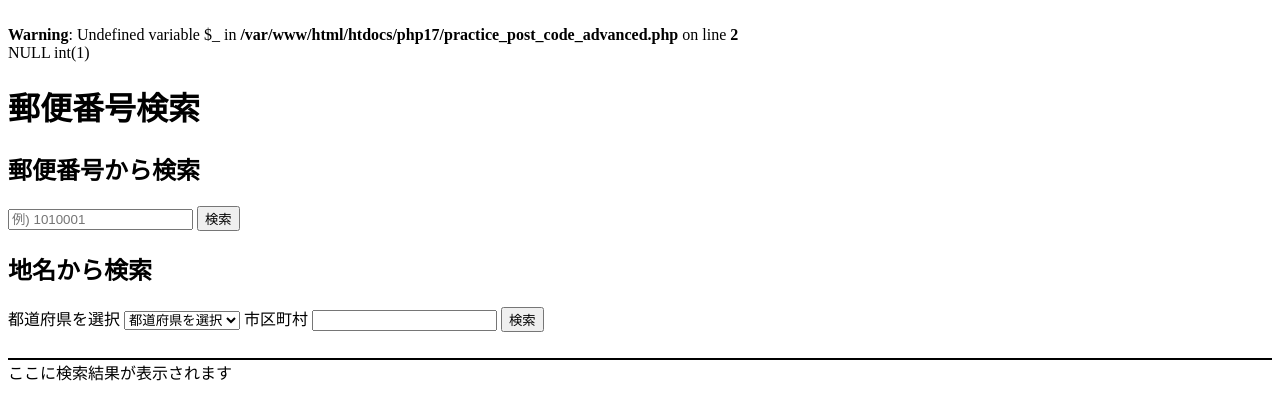
Repository: tppei/PHP
Page: http://localhost/htdocs/php17/practice_post_code_advanced.php
The author's editor kept a record of every edit. The page is drawn from the files as they stood at one moment, then again after the next edit.
The browser window is 1280 px wide. The pictures show the whole page.
The page is run by PHP 8.4 with error messages shown; the project is at /var/www/html/.

Above is the page before.

### htdocs/php17/practice_post_code_advanced.php
<?php
var_dump($_);


$postcode ='';
$prefec = '';
$city = '';
$regexp_post  ='/^\d{6,7}$/';
$host = 'localhost'; // データベースのホスト名
$username = 'codecamp49497';  // MySQLのユーザ名
$passwd   = 'codecamp49497';    // MySQLのパスワード
$dbname   = 'codecamp49497';    // データベース名
$link = mysqli_connect($host, $username, $passwd, $dbname);
$data = [];
$countdata = '';
$query2 ='';
$data2 = [];
if(!isset($_['page'])){
        $page = 1;
        } else{
        $page = $_['page'];
        };
var_dump($page);

    if(isset($_['postcode'])){
        $postcode = $_['postcode'];
        $postcode = preg_replace("/( |　)/","",$postcode);
        $postcode_check = preg_match($regexp_post,$postcode);
        $page = $_['page'];
        $offset = 10 ^ ($page - 1);
        if($postcode === ""){
            print "郵便番号を入力してください";

        }else if(!$postcode_check){
            print "郵便番号は7桁の半角数字を入力してください";
        }else{

               // 接続成功した場合
            if ($link) {
               // 文字化け防止
               mysqli_set_charset($link, 'utf8');
               $query = "SELECT * FROM postcode WHERE postcode='$postcode' AND address_town != '以下に掲載がない場合'";

               // クエリを実行します
               $result = mysqli_query($link, $query);
               // 1行ずつ結果を配列で取得します
               while ($row2 = mysqli_fetch_array($result)) {
                  $data2[] = $row2;
                   } // 結果セットを開放します
               mysqli_free_result($result);
               // 接続を閉じます
               mysqli_close($link);
            // 接続失敗した場合
            } else {
               print 'DB接続失敗';
            }
            $countdata = count($data2);
        }
    }

    if(isset($_['prefec']) && isset($_['city'])){
        $prefec = $_['prefec'];
        $city = $_['city'];
        $offset = 10 * ($page - 1);
        $city = preg_replace("/( |　)/","",$city);
        if($prefec === '都道府県を選択' && $city !== ''){
        print "都道府県を選択してください";
        }else if($prefec !== '都道府県を選択' && $city === ''){
        print "市区町村を入力してください";
        }else if($prefec === '都道府県を選択' && $city === ''){
        print "都道府県を選択してください 市区町村を入力してください";
        }else{
            if($link){
                // 文字化け防止
                mysqli_set_charset($link,'utf8');
                // データ総件数計算クエリ
                $query = "SELECT * FROM postcode WHERE prefec_name = '$prefec' AND address_pre LIKE '$city%' AND address_town != '以下に記載がない場合'";
                var_dump($query);
                // queryをじっこうします
                $result = mysqli_query($link,$query);
                // 1行ずつ結果を配列で取得します
                while ($row = mysqli_fetch_array($result)){
                    $data[] = $row;
                }
                // 結果セットを開放します
                mysqli_free_result($result);

                // 10件だけ表示クエリ　クライアント側表示されるクエリはこちら
                $query2 = "SELECT * FROM postcode WHERE prefec_name = '$prefec' AND address_pre LIKE '$city%' AND address_town != '以下に記載がない場合' LIMIT 10 OFFSET $offset";
                // $query2を実行します
                $result2 = mysqli_query($link,$query2);
                // 1行ずつ結果を配列で取得します
                while ($row2 = mysqli_fetch_array($result2)){
                    $data2[] = $row2;
                }
                // 結果セットを開放します
                mysqli_free_result($result2);
                // 接続を閉じます
                mysqli_close($link);
                // }接続失敗した場合
            }else{
                print 'DB接続失敗';
            }
           $countdata = count($data);
        }
    }


?>
<!DOCTYPE html>
<head>
    <meta charset='UTF-8'>
    <title>郵便番号検索</title>
    <style type="text/css">
        table {
            border-collapse: collapse;
            }
        table,th,td,tr{
            border: solid 1px;
        }
        caption{
            text-align: left;
        }
        .kensaku{
            padding-bottom: 10px;
            border-bottom: solid 2px;
        }
    </style>
</head>
<body>
    <div class="kensaku">
        <h1>郵便番号検索</h1>
        <form method='post'>
            <h2>郵便番号から検索</h2>
            <input type="text" name="postcode" placeholder='例) 1010001'>
            <input type="submit" name="" value="検索">
        </form>
        <form method='post'>
            <h2>地名から検索</h2>
            <label for="prefec">都道府県を選択</label>
            <select name="prefec" size="1" id='prefec'>
                <option value="都道府県を選択">都道府県を選択</option>
                <option value="北海道">北海道</option>
                <option value="青森県">青森県</option>
                <option value="岩手県">岩手県</option>
                <option value="宮城県">宮城県</option>
                <option value="秋田県">秋田県</option>
                <option value="山形県">山形県</option>
                <option value="福島県">福島県</option>
                <option value="茨城県">茨城県</option>
                <option value="栃木県">栃木県</option>
                <option value="群馬県">群馬県</option>
                <option value="埼玉県">埼玉県</option>
                <option value="千葉県">千葉県</option>
                <option value="東京都">東京都</option>
                <option value="神奈川県">神奈川県</option>
                <option value="新潟県">新潟県</option>
                <option value="富山県">富山県</option>
                <option value="石川県">石川県</option>
                <option value="福井県">福井県</option>
                <option value="山梨県">山梨県</option>
                <option value="長野県">長野県</option>
                <option value="岐阜県">岐阜県</option>
                <option value="静岡県">静岡県</option>
                <option value="愛知県">愛知県</option>
                <option value="三重県">三重県</option>
                <option value="滋賀県">滋賀県</option>
                <option value="京都府">京都府</option>
                <option value="大阪府">大阪府</option>
                <option value="兵庫県">兵庫県</option>
                <option value="奈良県">奈良県</option>
                <option value="和歌山県">和歌山県</option>
                <option value="鳥取県">鳥取県</option>
                <option value="島根県">島根県</option>
                <option value="岡山県">岡山県</option>
                <option value="広島県">兵庫県</option>
                <option value="山口県">山口県</option>
                <option value="徳島県">徳島県</option>
                <option value="香川県">香川県</option>
                <option value="愛媛県">愛媛県</option>
                <option value="高知県">高知県</option>
                <option value="福岡県">福岡県</option>
                <option value="佐賀県">佐賀県</option>
                <option value="長崎県">長崎県</option>
                <option value="熊本県">熊本県</option>
                <option value="大分県">大分県</option>
                <option value="宮崎県">宮崎県</option>
                <option value="鹿児島県">鹿児島県</option>
                <option value="沖縄県">沖縄県</option>
            </select>
            <label for="city">市区町村</label>
            <input type="text" name="city" id='city'>
            <input type="submit" value="検索">
        </form>
    </div>
    <?php

    if(($postcode && $postcode_check)||($prefec != '都道府県を選択'  && $city)){
    ?>
     <p>検索結果<?php print $countdata;?>件</p>
    <?php
        if($countdata !=0){
    ?>
    <table>
        <caption>郵便番号検索結果</caption>
        <tr>
            <th>郵便番号</th><th>都道府県名</th><th>市区町村</th><th>町域</th>
        </tr>
    <?php
        }
    ?>
    <?php

    }else{
        print "ここに検索結果が表示されます";

     } ?>

<?php
    foreach ($data2 as $go) {
?>


        <tr>
            <td><?php print htmlspecialchars($go['postcode'], ENT_QUOTES, 'UTF-8'); ?></td>
            <td><?php print htmlspecialchars($go['prefec_name'], ENT_QUOTES, 'UTF-8'); ?></td>
            <td><?php print htmlspecialchars($go['address_pre'], ENT_QUOTES, 'UTF-8'); ?></td>
            <td><?php print htmlspecialchars($go['address_town'], ENT_QUOTES, 'UTF-8'); ?></td>
        </tr>


<?php
}
?>
</table>

<?php

    if(($postcode && $postcode_check)||($prefec != '都道府県を選択'  && $city)){
?>





<?php

// データ総数
$count = $countdata;
// ページ当たりの表示件数
$perpage = 10;
// ページ総数
$totalpage = ceil($count/$perpage);
// ceil($count / $perpage);
var_dump($totalpage);
function paging($totalpage,$page,$prefec,$city){

    var_dump($page);
    // 前のページ
    $prev = max($page - 1,1);
    // 次のページ
    $next = min($page + 1,$totalpage);
    if($page != 1){
        print '<a href="practice_post_code_advanced.php?prefec='.$prefec.'&city='.$city.'&page=' . $prev . '">前へ</a>';
    }if($page < $totalpage){
        print '<a href="practice_post_code_advanced.php?prefec='.$prefec.'&city='.$city.'&page=' . $next . '">次へ</a>';
    }
}

paging($totalpage,$page,$prefec,$city);

?>

<?php
}
?>
</body>
</html>

After the next edit:
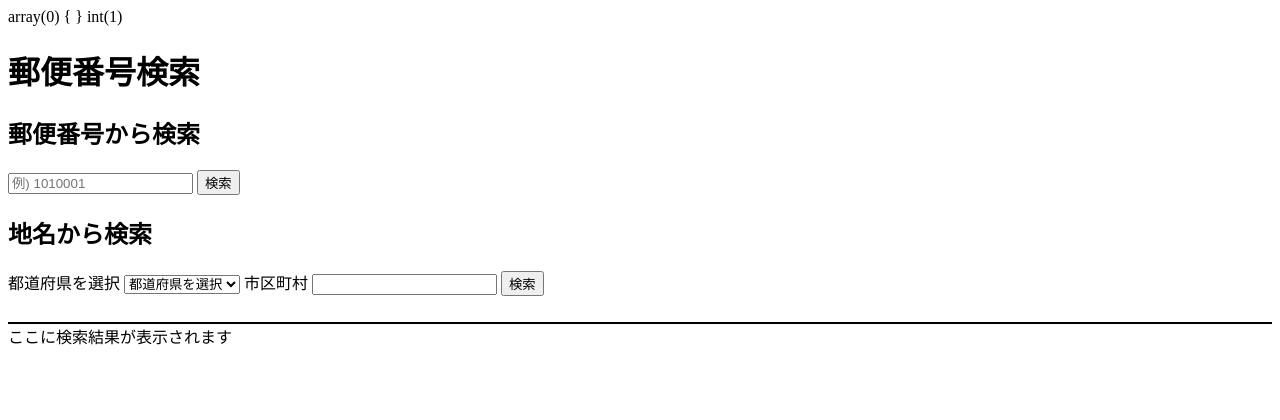
The edit:
--- a/htdocs/php17/practice_post_code_advanced.php
+++ b/htdocs/php17/practice_post_code_advanced.php
@@ -1,5 +1,5 @@
 <?php
-var_dump($_);
+var_dump($_POST);
 
 
 $postcode ='';
